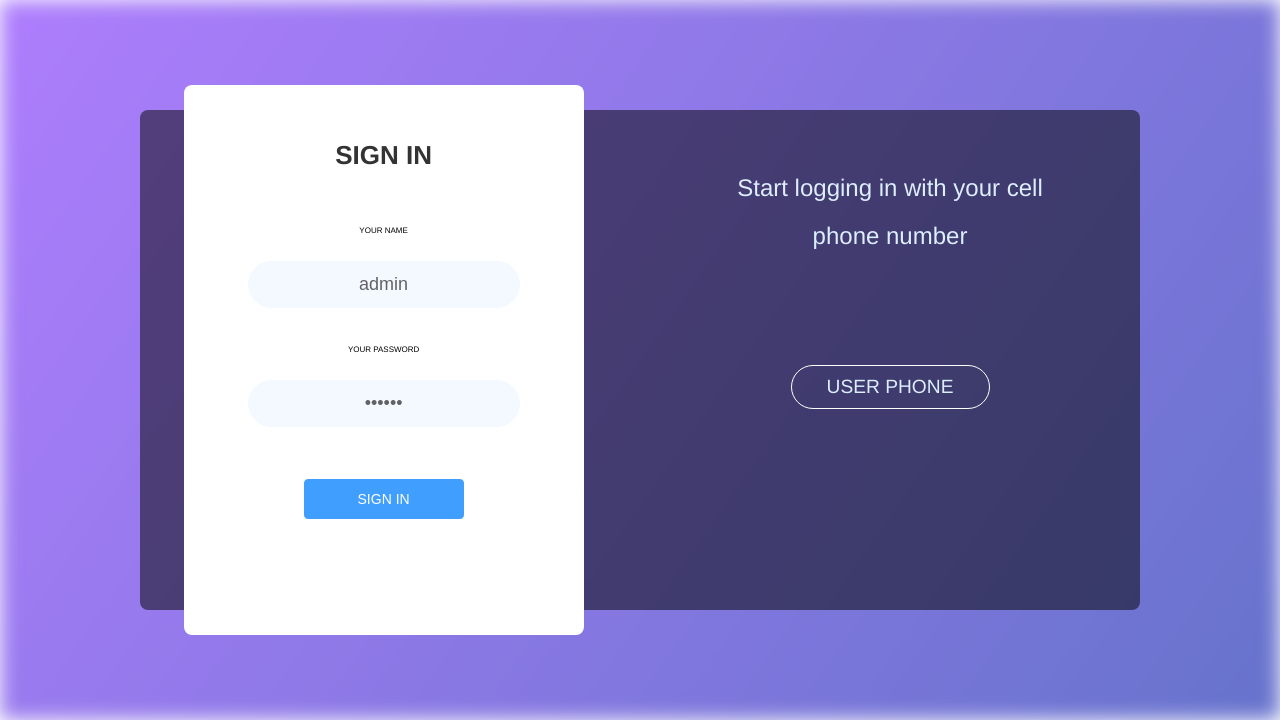
Repository: chunkpig/vue-admin
Page: /
These files come from the project's save history. The page is drawn as it stood at one moment and after the next save; the edit follows.
The browser window is 1280 px wide. The pictures show the whole page.
The project was rebuilt for these pictures with package versions that can differ from the ones it lists, and the page was loaded fresh each time. Also part of the build but not shown: vue.config.js.

Above is the page before, as saved 2020-12-07 10:38:41.

After the next save:
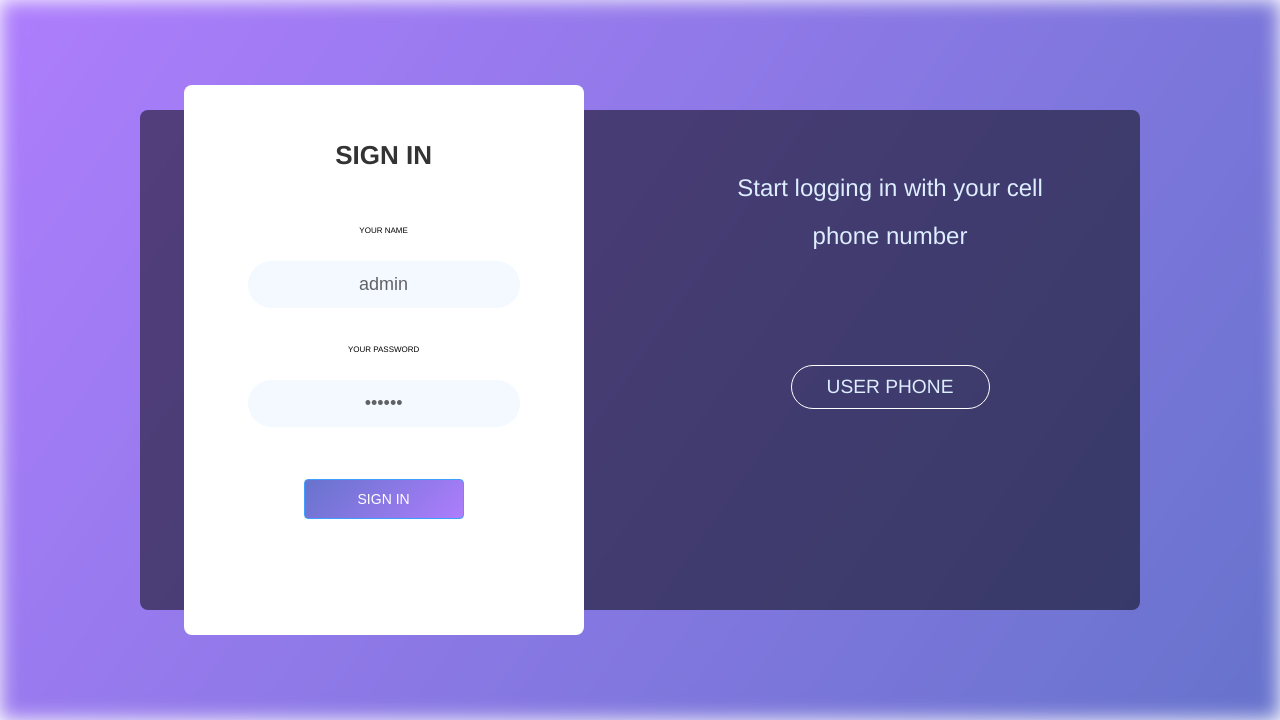
Saved 26 s later.
--- a/src/views/login/components/singup.vue
+++ b/src/views/login/components/singup.vue
@@ -110,7 +110,7 @@ $dark_gray:#889aa4;
         .form-buttom{
             width:50%;
             margin:30px auto;
-            background: linear-gradient(-45deg #AE7DFD, #6673cc);
+            background: linear-gradient(-45deg, #AE7DFD, #6673cc);
             &:hover{
                 background: linear-gradient(45deg,#00CFFF,#FF34FA);
             }
